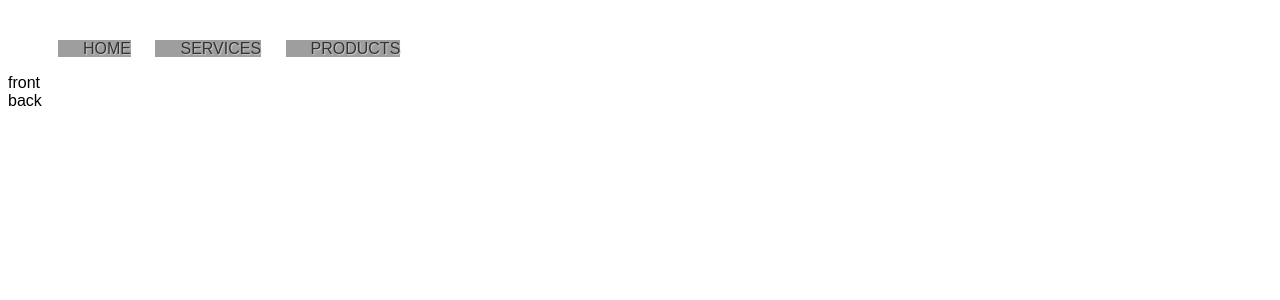
Repository: LtGriff/capstoneprogress
Page: index.html
These files come from the project's save history. The page is drawn as it stood at one moment and after the next save; the edit follows.
The browser window is 1280 px wide. The pictures show the whole page.
Pictures or frames that could not be fetched are drawn as grey boxes.

Above is the page before, as saved 2022-06-05 23:55:42.

### index.html
<!DOCTYPE html>
<html lang="en">
<head>
     <meta charset="UTF-8">
     <meta http-equiv="X-UA-Compatible" content="IE=edge">
     <meta name="viewport" content="width=device-width, initial-scale=1.0">
     <title>Document</title>
     <link rel="stylesheet" href="style.css">
</head>
<body>


     </html><nav id="main-menu">
     <ul class="nav-bar">
          <li class="nav-button-home"><a href="#">Home</a></li>
          <li class="nav-button-services"><a href="#">Services</a></li>
          <li class="nav-button-products"><a href="#">Products</a></li>
     </ul>
</nav>



<div class="tre">
     <div class="card">
       <div class="card__face card__face--front">front</div>
       <div class="card__face card__face--back">back</div>
     </div>
   </div>




</body>

### style.css
body { font-family: sans-serif; }

#main-menu .nav-bar { list-style:none; margin-top: 40px; }
#main-menu .nav-bar li { display:inline; padding:0 10px; }

#main-menu .nav-bar li a {
  text-decoration: none;
  padding-left: 25px;
  text-transform: uppercase;
  color: #333;
	text-shadow: 1px 1px 1px #ccc;
}

.nav-bar .nav-button-home a { background:url("https://www.cheesetoast.co.uk/cheesepress/wp-content/uploads/2012/08/home.gif") no-repeat 0px -2px transparent; }

.nav-bar .nav-button-services a { background:url("https://www.cheesetoast.co.uk/cheesepress/wp-content/uploads/2012/08/services.gif") no-repeat 0px -2px transparent; }

.nav-bar .nav-button-products a { background:url("https://www.cheesetoast.co.uk/cheesepress/wp-content/uploads/2012/08/products.gif") no-repeat 0px -2px transparent; }

After the next save:
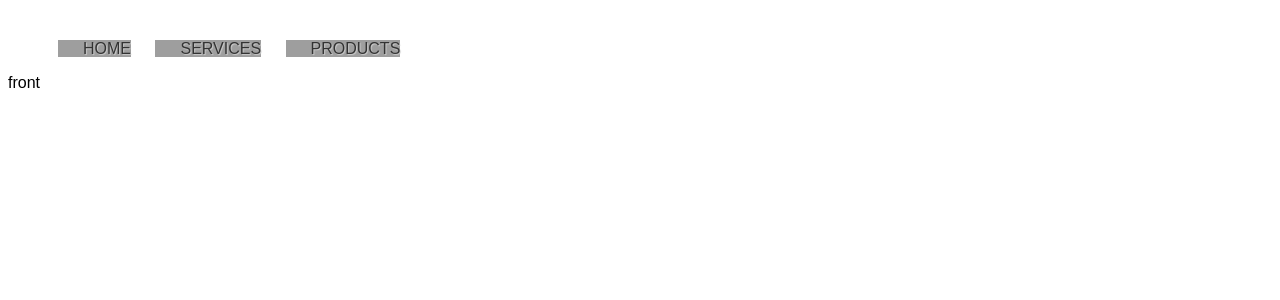
Saved 5 s later.
--- a/index.html
+++ b/index.html
@@ -23,7 +23,7 @@
 <div class="tre">
      <div class="card">
        <div class="card__face card__face--front">front</div>
-       <div class="card__face card__face--back">back</div>
+
      </div>
    </div>
 
